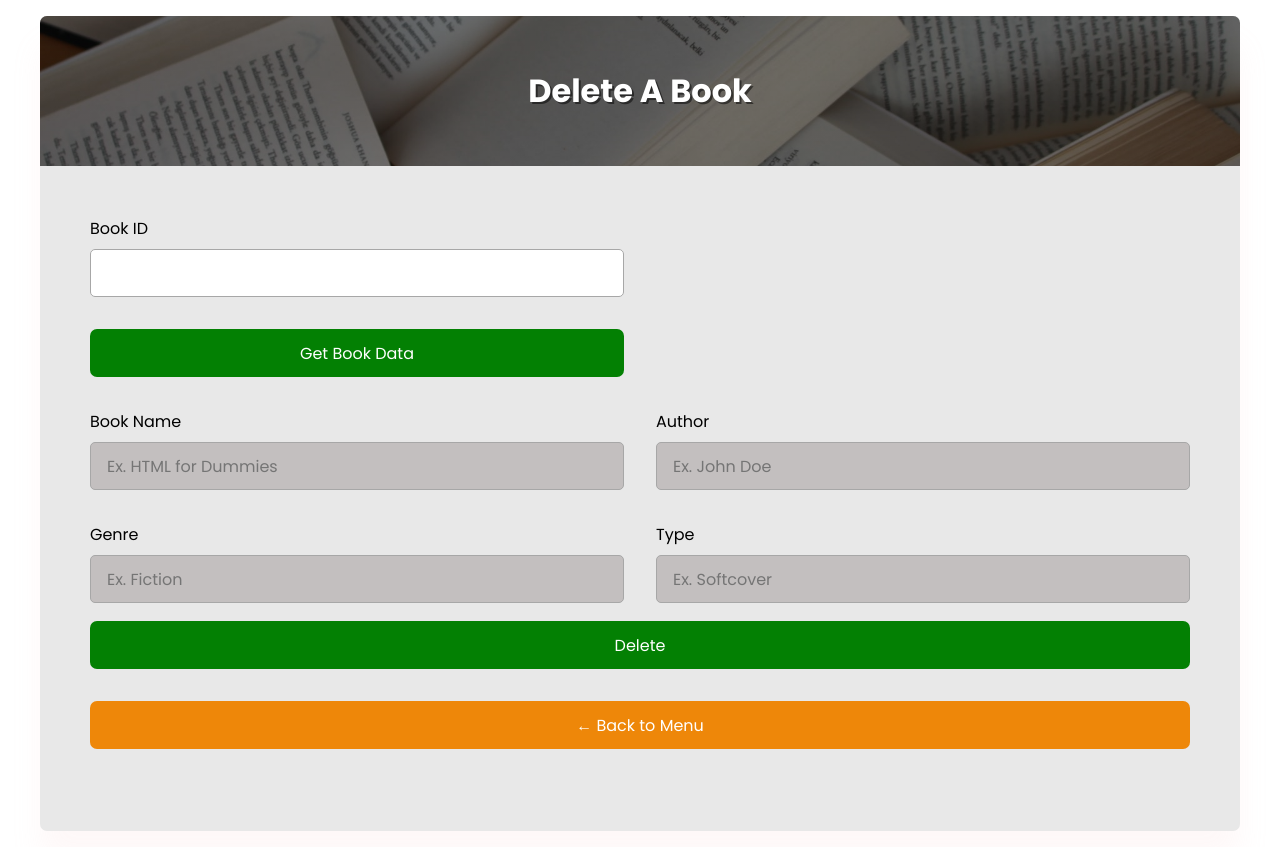
Repository: kcvijay/node_advanced_books
Page: booksSPA/public/pages/deleteBook.html
An editor plug-in stored every save of this project. The page is shown before and after the next save, followed by the edit.
The browser window is 1280 px wide. The pictures show the whole page.

Above is the page before, as saved 2023-03-08 18:40:26.

### booksSPA/public/pages/deleteBook.html
<!DOCTYPE html>
<html lang="en">
  <head>
    <meta charset="UTF-8" />
    <meta http-equiv="X-UA-Compatible" content="IE=edge" />
    <meta name="viewport" content="width=device-width, initial-scale=1.0" />
    <title>Delete A Book</title>
    <link rel="stylesheet" href="../styles/styles.css" />
  </head>
  <body>
    <div class="main-wrapper">
      <div class="heading">
        <h1>Delete A Book</h1>
      </div>
      <div class="data-field">
        <form>
          <div>
            <label for="id">Book ID</label>
            <input type="text" id="id" name="id" />
          </div>
          <div></div>
          <button type="submit" id="getData" class="primary-btn">
            Get Book Data
          </button>
        </form>
        <form style="margin-top: 32px">
          <div>
            <label for="name">Book Name</label>
            <input
              type="text"
              id="name"
              name="name"
              placeholder="Ex. HTML for Dummies"
              autocomplete="off"
              disabled
            />
          </div>
          <div>
            <label for="author">Author</label>
            <input
              type="text"
              id="author"
              name="author"
              placeholder="Ex. John Doe"
              autocomplete="off"
              disabled
            />
          </div>
          <div>
            <label for="genre">Genre</label>
            <input
              type="text"
              id="genre"
              name="genre"
              placeholder="Ex. Fiction"
              autocomplete="off"
              disabled
            />
          </div>
          <div>
            <label for="type">Type</label>
            <input
              type="text"
              id="type"
              name="type"
              placeholder="Ex. Softcover"
              autocomplete="off"
              disabled
            />
          </div>
        </form>
        <div id="messagearea"></div>
        <div>
          <button
            class="primary-btn"
            type="submit"
            id="submit"
            style="margin-top: 18px"
          >
            Delete
          </button>
        </div>
        <div>
          <a href="/" class="secondary-btn">&larr;&nbsp;Back to Menu</a>
        </div>
      </div>
    </div>
    <script src="/js/deleteBookHandler.js"></script>
  </body>
</html>

### booksSPA/public/styles/styles.css
@import url("https://fonts.googleapis.com/css2?family=Poppins:wght@400;700&display=swap");

* {
  margin: 0;
  padding: 0;
  box-sizing: border-box;
}

body {
  max-width: 100vw;
  min-height: 100vh;
  font-family: "Poppins", sans-serif;
}

.main-wrapper {
  max-width: 1200px;
  background: #e8e8e8;
  margin: 16px auto;
  border-radius: 7px;
  box-shadow: 0 30px 30px rgba(241, 182, 182, 0.1);
  overflow: hidden;
  transition: all 0.3s ease;
}

.heading {
  background: linear-gradient(rgba(0, 0, 0, 0.4), rgba(0, 0, 0, 0.4)),
    url("../assets/books.jpeg");
  background-position: center;
  background-size: cover;
  background-repeat: no-repeat;
  height: 150px;
  display: flex;
  justify-content: center;
  align-items: center;
}

h1 {
  position: relative;
  color: #fff;
  text-shadow: 2px 2px rgba(0, 0, 0, 0.5);
}

.data-field {
  padding: 50px;
}

input,
textarea,
button {
  font-family: inherit;
  font-size: 16px;
}

input:disabled {
  background-color: #c3bfbf;
  cursor: no-drop;
}
input:disabled:focus {
  outline: none;
}

form {
  display: grid;
  grid-template-columns: 1fr 1fr;
  gap: 32px;
  justify-items: start;
  transition: all 0.3s ease-in-out;
}

form div {
  width: 100%;
}

form label {
  display: inline-block;
  width: 100px;
  margin-bottom: 8px;
}

form input {
  height: 48px;
  width: 100%;
  padding: 0 16px;
  border: 1px solid #a7a7a7;
  border-radius: 5px;
  transition: all 0.3s ease;
}

form input:focus {
  outline: 3px solid #ee870978;
  border: none;
}

.button-set {
  display: grid;
  grid-template-columns: 1fr 1fr;
  gap: 32px;
}

.button-set div .primary-btn {
  display: block;
  width: 100%;
  text-decoration: none;
  display: flex;
  justify-content: center;
  align-items: center;
}

button:hover,
button:active {
  filter: brightness(0.9);
}

.button-set {
  margin-top: 32px;
}

.primary-btn {
  display: flex;
  justify-content: center;
  align-items: center;
  width: 100%;
  height: 48px;
  background-color: #038003;
  text-decoration: none;
  padding: 8px 60px;
  color: #fff;
  border: none;
  border-radius: 7px;
  cursor: pointer;
  transition: all 0.3s ease;
}

.secondary-btn {
  display: flex;
  justify-content: center;
  align-items: center;
  height: 48px;
  margin: 32px 0;
  background-color: #ee8709;
  text-decoration: none;
  padding: 8px 60px;
  color: #fff;
  border: none;
  border-radius: 7px;
  cursor: pointer;
  transition: all 0.3s ease;
}

#messagearea {
  position: absolute;
  left: 0;
  top: 0;
  width: 100vw;
  height: 100vh;
  background-color: rgba(0, 0, 0, 0.7);
  display: none;
  justify-content: center;
  align-items: center;
  z-index: 999;
}

#messagearea p {
  background-color: #fff;
  padding: 32px;
}

/**** TABLE ****/

.table-field {
  overflow-x: auto;
}

table {
  margin: 0 auto;
  max-width: fit-content;
}
thead {
  background: #038003;
  color: #fff;
}
th,
td {
  width: 250px;
  height: 48px;
  padding: 16px;
}

tr:nth-child(odd) {
  background: #ee870945;
}

tr:nth-child(even) {
  background: #ee87095e;
}

tr:last-child td:first-child {
  border-radius: 0 0 0 7px;
}

tr:last-child td:last-child {
  border-radius: 0 0 7px 0;
}

th:not(:first-child) {
  text-align: left;
}

th:first-child {
  border-radius: 7px 0 0 0;
}

th:last-child {
  text-align: center;
  border-radius: 0 7px 0 0;
}

td {
  padding-left: 16px;
}

td:first-child,
td:last-child {
  text-align: center;
}

@media screen and (max-width: 700px) {
  .main-wrapper {
    margin: 0 16px;
  }
  form {
    grid-template-columns: 1fr;
  }

  .data-field {
    padding: 18px;
  }

  .table-field {
    overflow-x: auto;
  }

  table {
    font-size: 14px;
  }

  .button-set {
    grid-template-columns: 1fr;
  }

  .button-set div a {
    display: block;
    width: 100%;
  }
}

### booksSPA/public/js/deleteBookHandler.js
"use strict";

(function () {
  let inputField;
  let titleField;
  let authorField;
  let genreField;
  let typeField;
  let getDataField;
  let messageField;
  let submit;

  document.addEventListener("DOMContentLoaded", init);

  function init() {
    inputField = document.querySelector("#id");
    titleField = document.querySelector("#name");
    authorField = document.querySelector("#author");
    genreField = document.querySelector("#genre");
    typeField = document.querySelector("#type");
    getDataField = document.querySelector("#getData");
    messageField = document.querySelector("#messagearea");
    submit = document.querySelector("#submit");

    getDataField.addEventListener("submit", (e) => {
      e.preventDefault();
      confirmBookData();
    });

    inputField.addEventListener("keyup", (e) => {
      e.preventDefault();
      if (e.key === "Enter") {
        confirmBookData();
      }
    });

    async function confirmBookData() {
      const id = inputField.value;

      try {
        const options = {
          method: "GET",
          mode: "cors",
        };

        const data = await fetch(
          `http://localhost:4000/api/books/${id}`,
          options
        );

        const result = data.json();
        showBookData(result);

        // if (result) {
        //   if (result.message) {
        //     updateMessage(result.message, result.type);
        //   } else {
        //     showBookData(result);
        //   }
        // }
      } catch (err) {
        updateMessage(err.message, "error");
      }
    }

    // async function send() {
    //   const id = inputField.value;

    //   try {
    //     const options = {
    //       method: "DELETE",
    //       mode: "cors",
    //     };

    //     const data = await fetch(
    //       `http://localhost:4000/api/books/${id}`,
    //       options
    //     );

    //     const result = await data.json();
    //     showBookData(result);

    //     console.log(result);

    //     //   if (result) {
    //     //     if (result.message) {
    //     //       updateMessage(result.message, result.type);
    //     //     } else {
    //     //       showBookData(result);
    //     //     }
    //     //   }
    //   } catch (err) {
    //     updateMessage(err.message, "error");
    //   }
    // }

    function showBookData(book) {
      titleField.value = book.name;
      authorField.value = book.author;
      genreField.value = book.genre;
      typeField.value = book.type;
    }

    function updateMessage(message, type) {
      messageField.style.display = "flex";
      messageField.innerHTML = `<p class="error>${message}</p>`;
      messageField.setAttribute("class", type);
    }
  }
})();

After the next save:
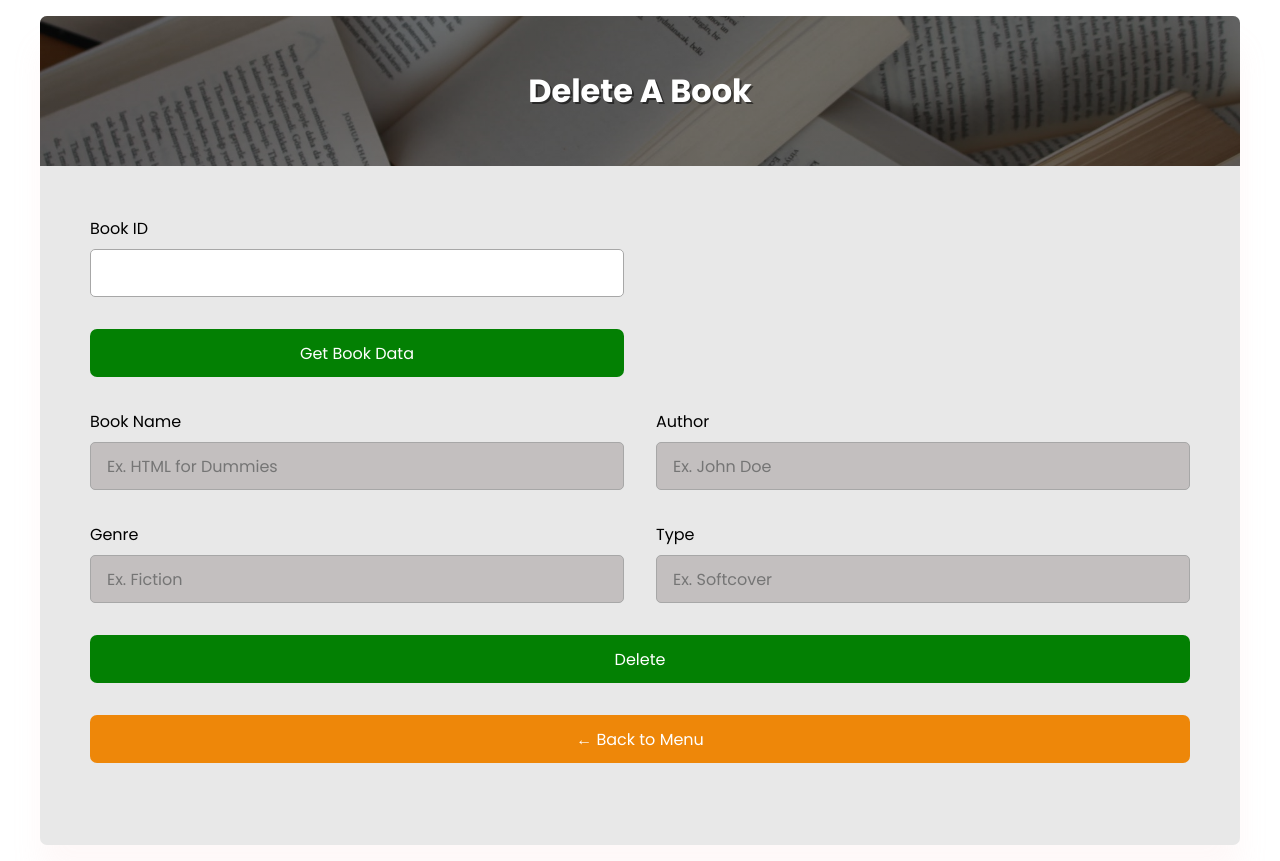
Saved 11 s later.
--- a/booksSPA/public/pages/deleteBook.html
+++ b/booksSPA/public/pages/deleteBook.html
@@ -75,7 +75,7 @@
             class="primary-btn"
             type="submit"
             id="submit"
-            style="margin-top: 18px"
+            style="margin-top: 32px"
           >
             Delete
           </button>
